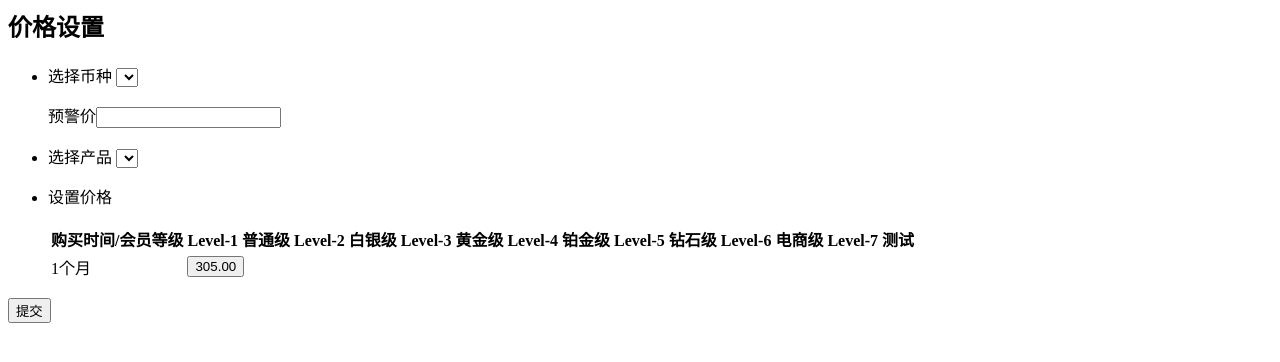
Repository: wangyan466393/racentSystem
Page: priceSetting.html
The author's editor kept a copy of each file at every save. The page is drawn from the files as they stood at one save, then again after the next save.
The browser window is 1280 px wide. The pictures show the whole page.

Above is the page before, as saved 2020-08-13 10:23:39.

After the next save:
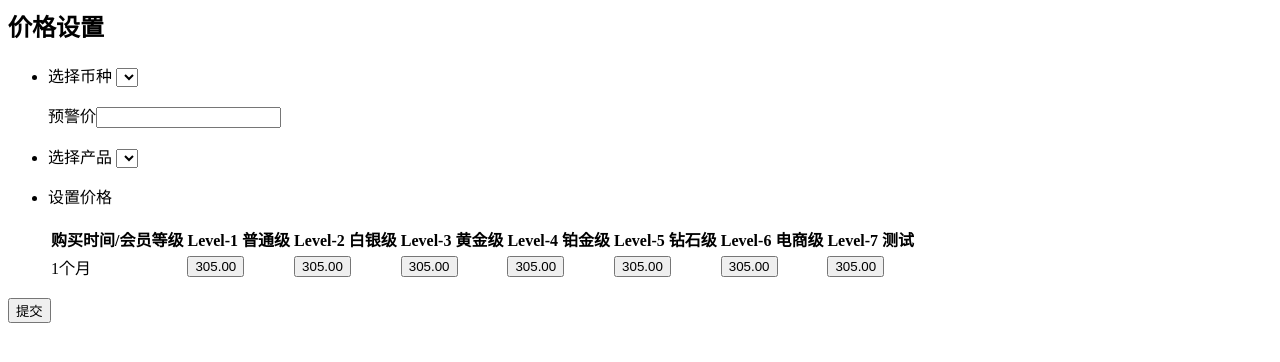
Saved 7 s later.
--- a/priceSetting.html
+++ b/priceSetting.html
@@ -43,12 +43,12 @@
                         <tr>
                             <td>1个月</td>
                             <td><button>305.00</button></td>
-                            <td></td>
-                            <td></td>
-                            <td></td>
-                            <td></td>
-                            <td></td>
-                            <td></td>
+                            <td><button>305.00</button></td>
+                            <td><button>305.00</button></td>
+                            <td><button>305.00</button></td>
+                            <td><button>305.00</button></td>
+                            <td><button>305.00</button></td>
+                            <td><button>305.00</button></td>
                         </tr>
                     </tbody>
                 </table>
